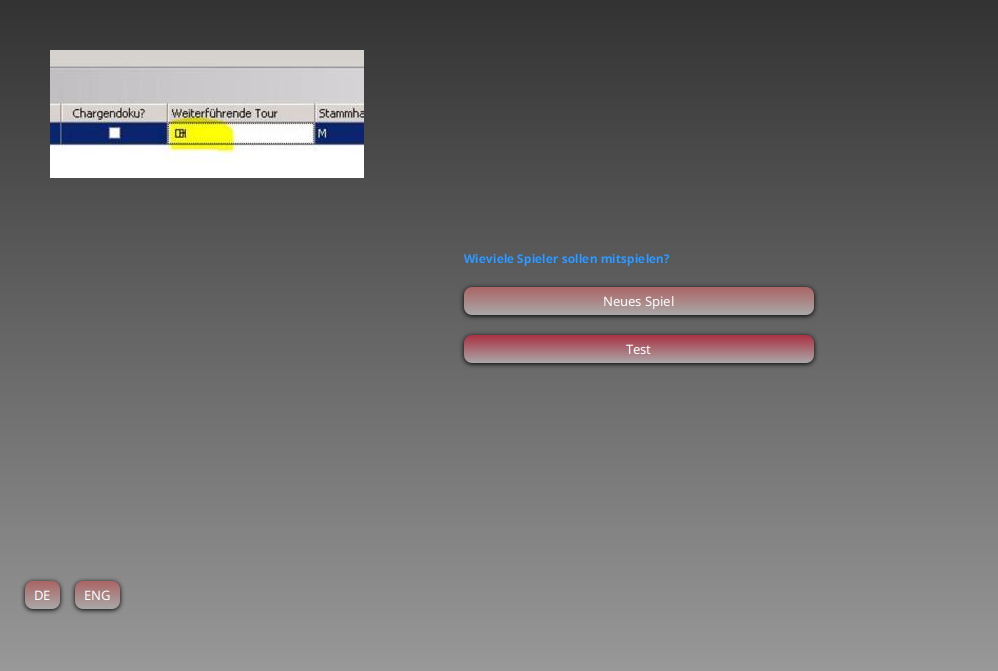
Repository: berger-designz/MenschAergereDichNicht
Program's window: java MenschAergereDichNicht/src/Game_GUI/GUI_Primary.java
The author's editor kept a copy of each file at every save. The program's window is drawn from the files as they stood at one save, then again after the next save.
It runs on Java 21 on a 1366 x 768 screen with JavaFX 11; the title bar is not drawn. It also reads MenschAergereDichNicht/src/style/test_pic_1.jpg.

Above is the program's window before, as saved 2016-05-25 13:55:48.

After the next save:
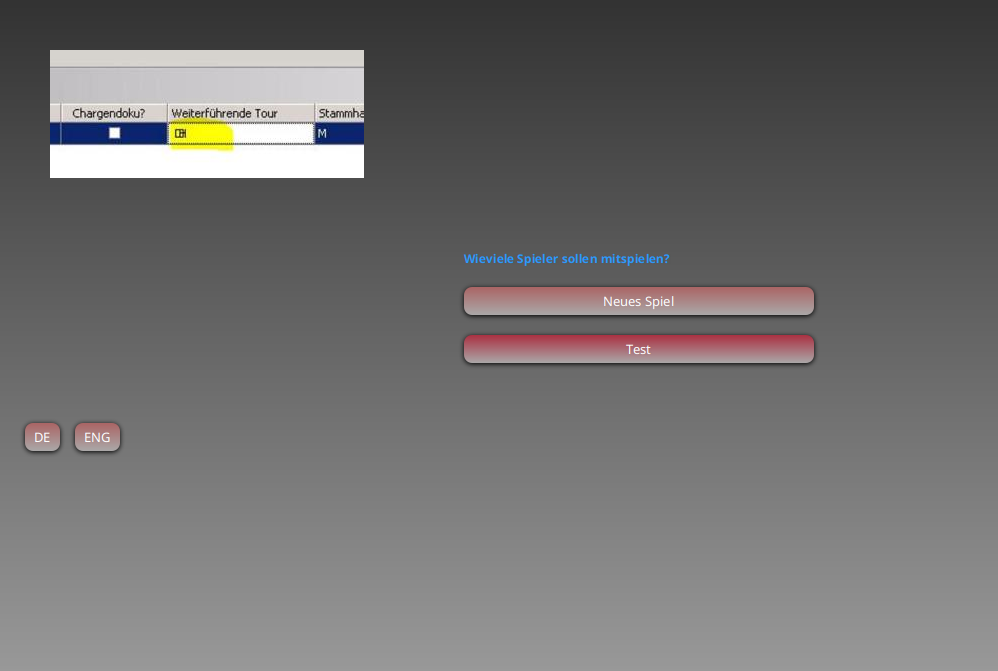
Saved 13 s later.
--- a/MenschAergereDichNicht/src/Game_GUI/GUI_Primary.java
+++ b/MenschAergereDichNicht/src/Game_GUI/GUI_Primary.java
@@ -92,7 +92,7 @@
 		hbox_bottom.setSpacing(5);
 		hbox_bottom.setPadding(new Insets(10, 10, 10, 10));
 		hbox_bottom.setSpacing(15);
-		hbox_bottom.setPrefHeight(100);
+		hbox_bottom.setPrefHeight(500);
 
 		HBox hbox_left = new HBox();
 		hbox_left.getChildren().addAll(imgView1);
